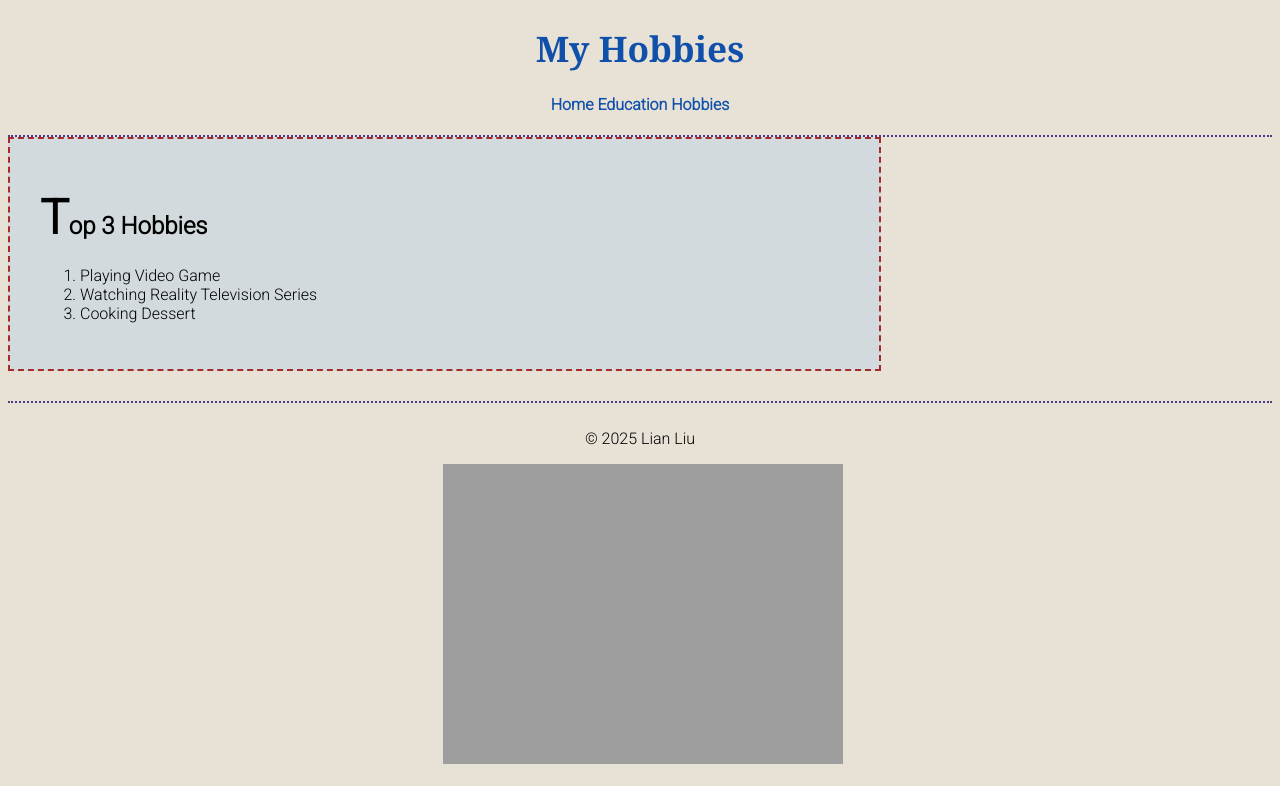
Repository: liulian26/CS5610
Page: assignment-1-liulian26/pages/hobbies.html
The author's editor kept a copy of each file at every save. The page is drawn from the files as they stood at one save, then again after the next save.
The browser window is 1280 px wide. The pictures show the whole page.
Pictures or frames that could not be fetched are drawn as grey boxes.

Above is the page before, as saved 2025-02-01 00:42:17.

After the next save:
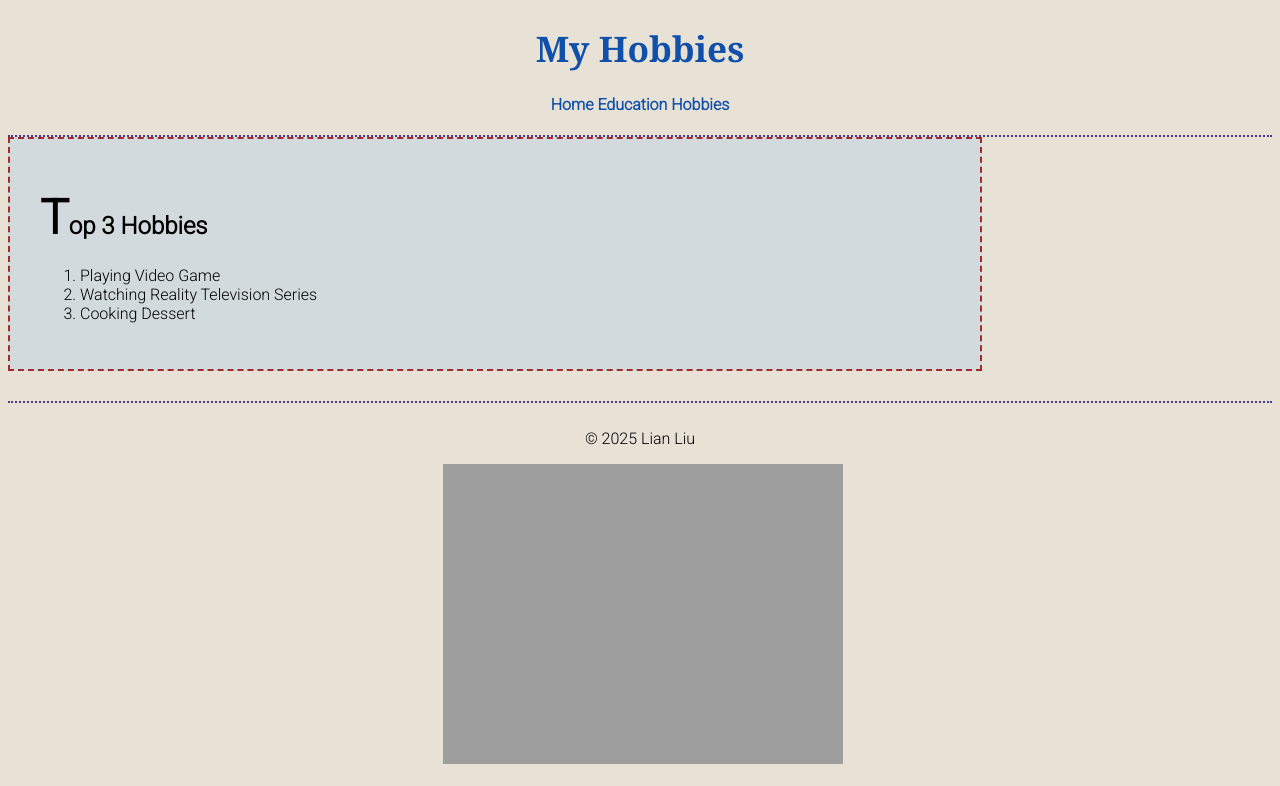
Saved 9 s later.
--- a/assignment-1-liulian26/css/styles.css
+++ b/assignment-1-liulian26/css/styles.css
@@ -48,7 +48,7 @@ section {
     padding: 30px;
     margin-bottom: 30px;
     background-color: rgba(126, 191, 251, 0.2);
-    width: 80%;
+    width: 90%;
 }
 
 body {
